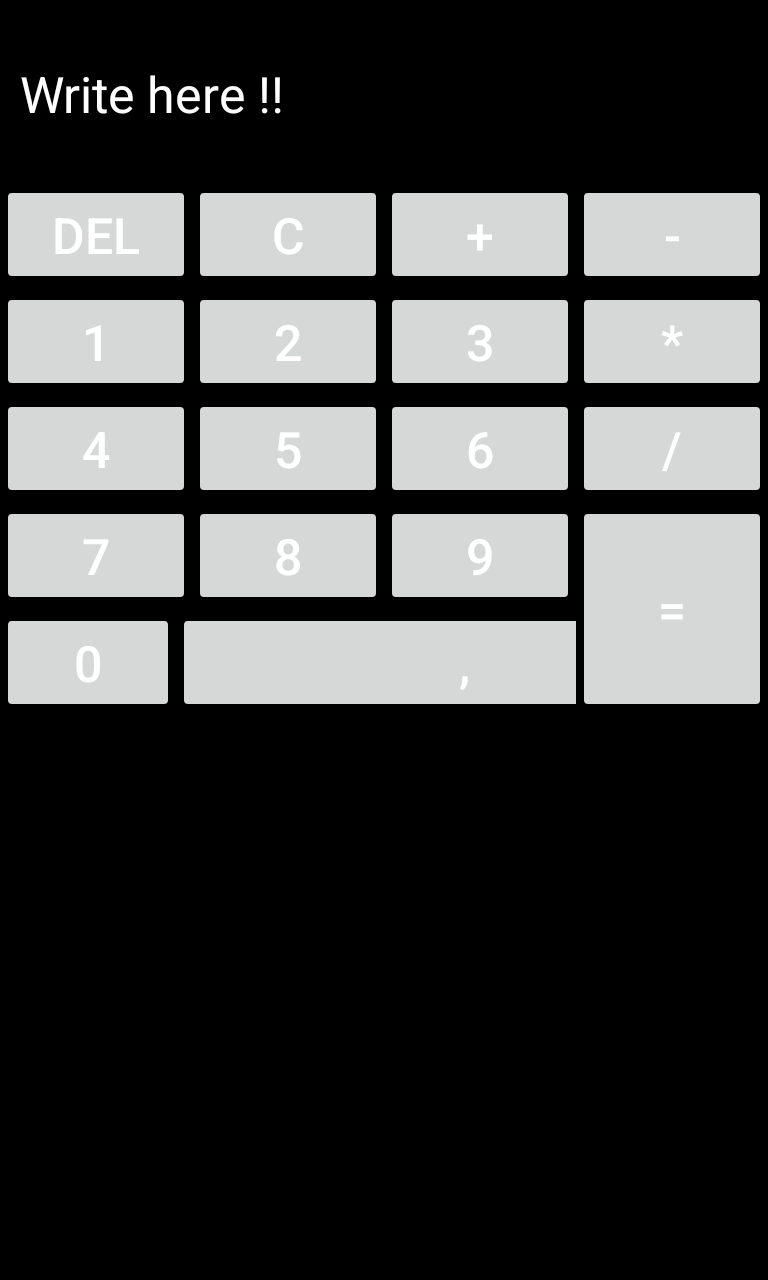
Repository: salihklc/Basic-Android
Layout: complexCalculator/res/layout/activity_main.xml
An editor plug-in stored every save of this project. The layout is shown before and after the next save, followed by the edit.
It is drawn on a 768 x 1280 px phone screen (xhdpi) without system bars, with theme AppTheme; the app's code is not run.

Above is the layout before, as saved 2014-10-10 14:10:36.

After the next save:
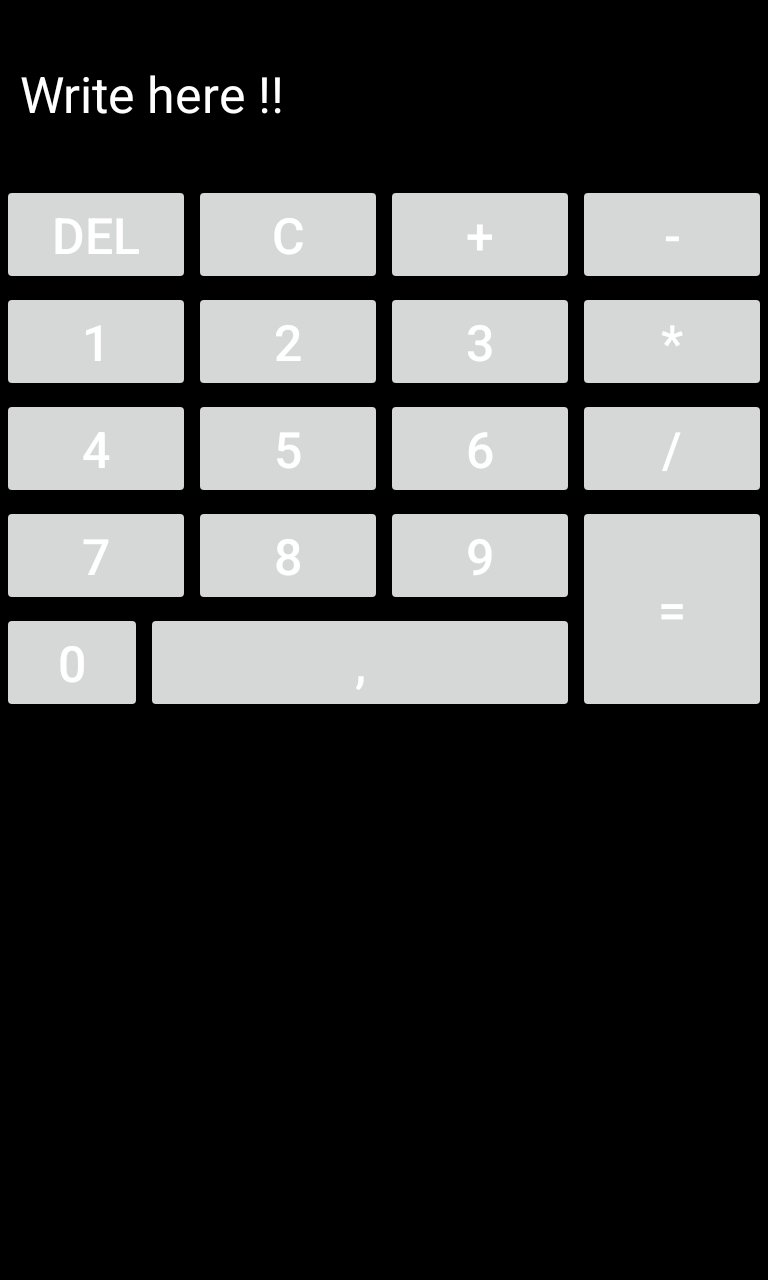
Saved 17 s later.
--- a/complexCalculator/res/layout/activity_main.xml
+++ b/complexCalculator/res/layout/activity_main.xml
@@ -196,7 +196,7 @@
 			<Button
 			    android1:id="@+id/zero"
 			    android1:layout_height="fill_parent"
-			    android1:layout_weight="75"
+			    android1:layout_weight="25"
 			    android1:text="@string/zero"
 			    android1:textColor="#fff"
 			    android1:textSize="25sp" />
@@ -204,7 +204,7 @@
 			<Button
 			    android1:id="@+id/dot"
 			    android1:layout_height="fill_parent"
-			    android1:layout_width="fill_parent"
+			    android1:layout_weight="75"
 			    android1:text="@string/dot"
 			    android1:textColor="#fff"
 			    android1:textSize="25sp" />
